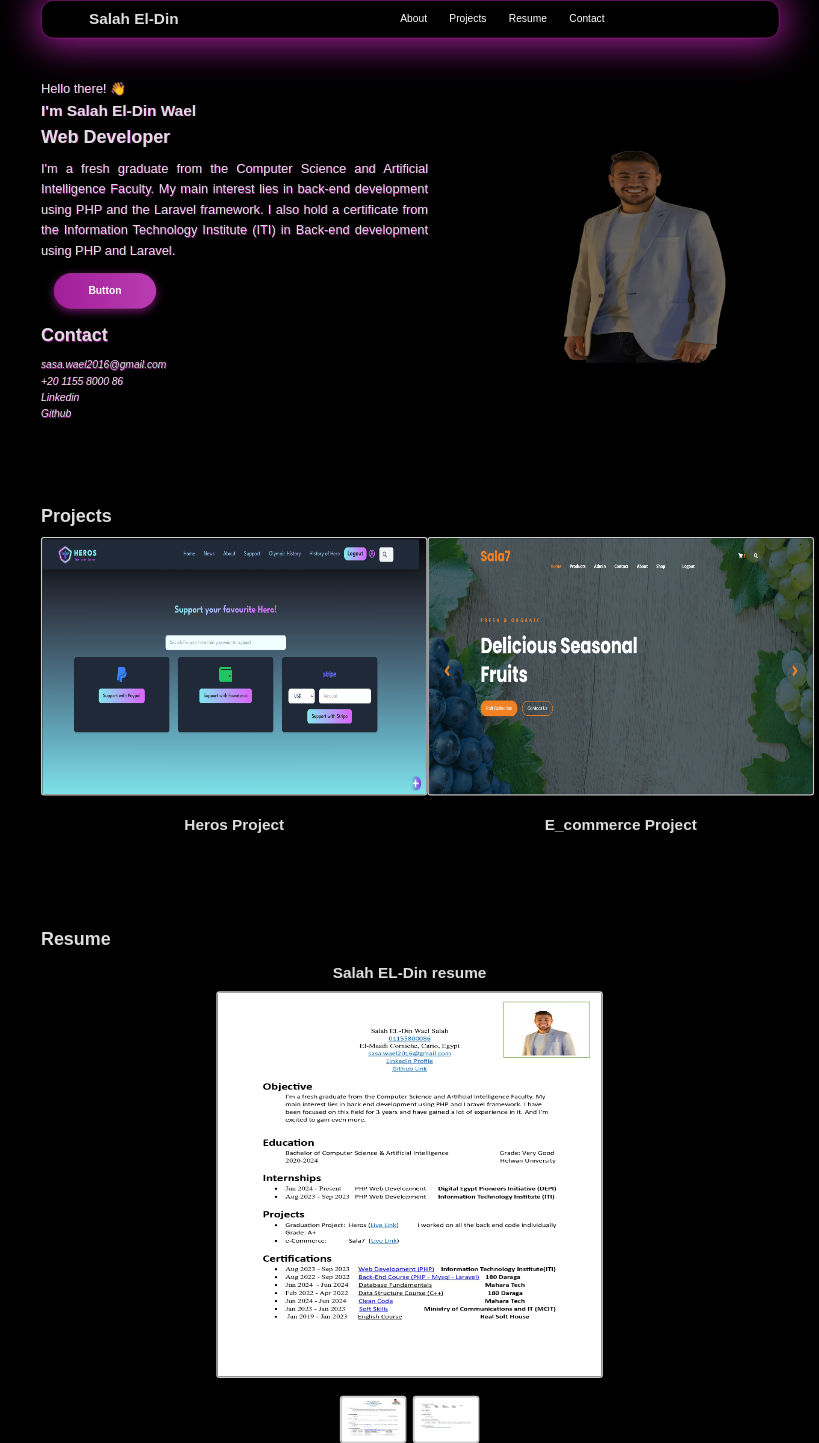
Repository: Salah-Wael/Salah-EL-Din-Portfolio
Page: index.html
The author's editor kept a copy of each file at every save. The page is drawn from the files as they stood at one save, then again after the next save.
The browser window is 1280 px wide. The pictures show the whole page, at 64% of full size.

Above is the page before, as saved 2024-07-28 03:10:12.

### index.html
<!DOCTYPE html>
<html lang="en">
<head>
  <meta charset="UTF-8">
  <meta name="viewport" content="width=device-width, initial-scale=1.0">
  <title>Salah EL-Din Portfolio</title>
  <link rel="stylesheet" href="./style.css">

</head>
<body>
  <header>
    <nav>
      <h1>Salah El-Din</h1>
      <ul>
        <li><a href="#about">About</a></li>
        <li><a href="#projects">Projects</a></li>
        <li><a href="#resume">Resume</a></li>
        <li><a href="#contact">Contact</a></li>
      </ul>
    </nav>
  </header>
  <section id="about">
    <div class="about">
      <div class="content">
        <p>Hello there! 👋</p>
        <!-- <br> -->
        <h1>I'm Salah El-Din Wael</h1>
        <h2>Web Developer</h2>
          <p>I'm a fresh graduate from the Computer Science and Artificial Intelligence Faculty.
          My main interest lies in back-end development using PHP and the Laravel framework.
          I also hold a certificate from the Information Technology Institute (ITI) in Back-end development using PHP and Laravel.</p>




        <a href=""><button class="bn632-hover bn22">Button</button></a>

        <div>
          <h2>Contact</h2>
          <address>
            <a href="mailto:sasa.wael2016@gmail.com">sasa.wael2016@gmail.com</a><br>
            <a href="https://api.whatsapp.com/send/?phone=%2B201155800086" target="_blank">+20 1155 8000 86</a><br>
            <a href="https://www.linkedin.com/in/salah-eldin" target="_blank">Linkedin</a><br>
            <a href="https://github.com/Salah-Wael" target="_blank">Github</a><br>
          </address>
        </div>
      </div>
      <div class="main-img">
        <img src="./img/me/sasag.png" alt="Salah EL-Din">
      </div>
    </div>
  </section>
  <section id="projects">

    <h2>Projects</h2>
    <div class="projects">
      <div class="projects-container">
        <a href="https://heros.rf.gd/" target="_blank">
          <div class="project">
            <div class="image-display">
              <img id="heros" src="img/projects/heros registration.png" alt="heros registration">
            </div>
            <h3>Heros Project</h3>
          </div>
        </a>
      </div>
      <div class="projects-container">
        <a href="https://sala7.great-site.net/" target="_blank">
          <div class="project">
            <div class="image-display">
              <img id="ecommerce" src="img/projects/ecommerce home.png" alt="Sala7 E_commerce">

            </div>
            <h3>E_commerce Project</h3>
          </div>
        </a>
      </div>
    </div>
  </section>
  <section id="resume">
    <h2>Resume</h2>
    <div class="cv-container">
      <div class="project">
        <h3>Salah EL-Din resume</h3>
        <div class="image-display">
          <img id="CV" src="img/CV/Salah EL-Din resume_page-0001.jpg" alt="Salah EL-Din resume">
        </div>
        <div class="thumbnails">
          <img src="img/CV/Salah EL-Din resume_page-0001.jpg" alt="Salah EL-Din resume"
          onclick="swapImage('img/CV/Salah EL-Din resume_page-0001.jpg')">

          <img src="img/CV/Salah EL-Din resume_page-0002.jpg" alt="Salah EL-Din resume"
          onclick="swapImage('img/CV/Salah EL-Din resume_page-0002.jpg')">

        </div>
      </div>
    </div>
  </section>
</body>

<script>
    document.addEventListener('DOMContentLoaded', (event) => {
      const herosImages = [
        'img/projects/heros registration.png',
        'img/projects/heros create news.png',
        'img/projects/heros payment.png'
      ];
      const ecommerceImages = [
        'img/projects/ecommerce home.png',
        'img/projects/products.png'
      ];

      let currentHerosIndex = 0;
      const herosImage = document.getElementById('heros');

      function swapHerosImage() {
        currentHerosIndex = (currentHerosIndex + 1) % herosImages.length;
        herosImage.src = herosImages[currentHerosIndex];
      }
      setInterval(swapHerosImage, 2000); // Change image every 2 seconds

      let currentEcommerceIndex = 0;
      const ecommerceImage = document.getElementById('ecommerce');

      function swapEcommerceImage() {
        currentEcommerceIndex = (currentEcommerceIndex + 1) % ecommerceImages.length;
        ecommerceImage.src = ecommerceImages[currentEcommerceIndex];
      }

      setInterval(swapEcommerceImage, 2000); // Change image every 2 seconds
    });



    function swapImage(newSrc) {
      document.getElementById('CV').src = newSrc;
    }
  </script>
</html>

### style.css
/* Reset some basic styles */
*{
  margin: 0;
  padding: 0;
  list-style: none;
  text-decoration: none;
  color:#dddddd;
  font-family: Arial, sans-serif;
}

/* General body styling */
body {
  font-family: Arial, sans-serif;
  line-height: 1.6;
  background-color: black;
}

/* Styling for navigation bar */
header{
  height: 10vh;
  width: 100%;

}

:root {
  --main-color: #a21e99;
  --secondary-color: #2ecc71;
  --font-size: 16px;
}

nav {
  background-color: black;
  border: 1px solid var(--main-color) ;
  box-shadow: 1px 1px 60px 8px var(--main-color) ;
  z-index: 1;
  border-radius: 20px;
  color: white;
  width: 90%;
  margin-left: 5%;
  display: flex;
  justify-content: space-between;
  align-items: center;
  padding: 10px 0px;
  margin-bottom: 50px;
  position: fixed;
}

nav h1 {
  width: 30%;
  text-align: center;
  font-size: 24px;
}

nav ul {
  display: flex;
  justify-content: center;
  width: 90%;
  gap: 15px;
}

nav ul li {
  list-style: none;
}

nav ul li a {
  color: white;
  text-decoration: none;
  padding: 5px 10px;
}

nav ul li a:hover {
  color: var(--main-color);
  transition: 0.5s;
}

/* Section styling */
section {
  /* padding: 20px; */
  margin-top: 50px;
  width: 90%;
  margin-left: 5%;
  height: 85vh;
}

section h2 {
  font-size: 28px;
  margin-bottom: 10px;
}

section p {
  font-size: 24px;
}

/* about section styling */
.about{
  display: flex;
  justify-content: space-around;
  align-items: center;
  margin: 0, 20px, 20px, 20px;
}

.about .content{
  width: 70%;
  height: 100%;
}

.about .content{
  text-shadow: 1px 1px 1px #a21e99;
}

.about div p{
  width: 75%;
  font-size: 20px;
  text-align: justify;
}

.bn632-hover {
  width: 160px;
  font-size: 16px;
  font-weight: 600;
  color: #fff;
  cursor: pointer;
  margin: 20px;
  height: 55px;
  text-align:center;
  border: none;
  background-size: 300% 100%;
  border-radius: 50px;
  moz-transition: all .4s ease-in-out;
  -o-transition: all .4s ease-in-out;
  -webkit-transition: all .4s ease-in-out;
  transition: all .4s ease-in-out;
}

.bn632-hover:hover {
  background-position: 100% 0;
  moz-transition: all .4s ease-in-out;
  -o-transition: all .4s ease-in-out;
  -webkit-transition: all .4s ease-in-out;
  transition: all .4s ease-in-out;
}

.bn632-hover:focus {
  outline: none;
}

.bn632-hover.bn22 {
  background-image: linear-gradient(
    to right,
    #a21e99,
    #ba3cb2,
    #dd30d8,
    #b62bb6
  );
  box-shadow: 0 4px 15px 0 rgba(162, 30, 153, 0.75);
}

.about .main-img{
  width: 30%;
  height: 100%;

}

.about div img{
  width: 300px;
  height: 300px;
  animation: salah 2s linear infinite;
  -webkit-animation: salah 2s linear infinite;
  /* box-shadow: 1px 1px 1px 0px rgba(162, 30, 153, 0.75) ; */

}

@keyframes salah {
  0%{
    opacity: 0;
    transform: scale(0.5);

  }
  50%{
    opacity: 0.5;
    transform: scale(1.2);
  }

  100%{
    opacity: 1;
    transform: scale(1);
  }
}


/* Projects section styling */
.projects{
  display: flex;
  justify-content: space-evenly;
}

.projects-container {
  display: flex;
  gap: 20px;
  flex-wrap: wrap;
  justify-content: center;
}
.cv-container {
  display: flex;
  gap: 20px;
  flex-wrap: wrap;
  justify-content: center;
}

.project {
  text-align: center;
}

.project h3 {
  font-size: 24px;
  margin-bottom: 10px;
}

.image-display {
  margin-bottom: 20px;

}

#projects .image-display img {
  width: 600px;
  height: 400px;
  border: 2px solid #ccc;
  border-radius: 5px;
  box-shadow: 0 2px 5px rgba(0, 0, 0, 0.1);
}

#resume{
  height: 110vh;
}
#resume .image-display img {
  width: 600px;
  height: 600px;
  border: 2px solid #ccc;
  border-radius: 5px;
  box-shadow: 0 2px 5px rgba(0, 0, 0, 0.1);
}

.thumbnails {
  display: flex;
  gap: 10px;
  justify-content: center;
}

.thumbnails img {
  width: 100px;
  height: 70px;
  border: 2px solid #ccc;
  border-radius: 5px;
  cursor: pointer;
  transition: border-color 0.3s ease;
}

.thumbnails img:hover {
  border-color: #333;
}

After the next save:
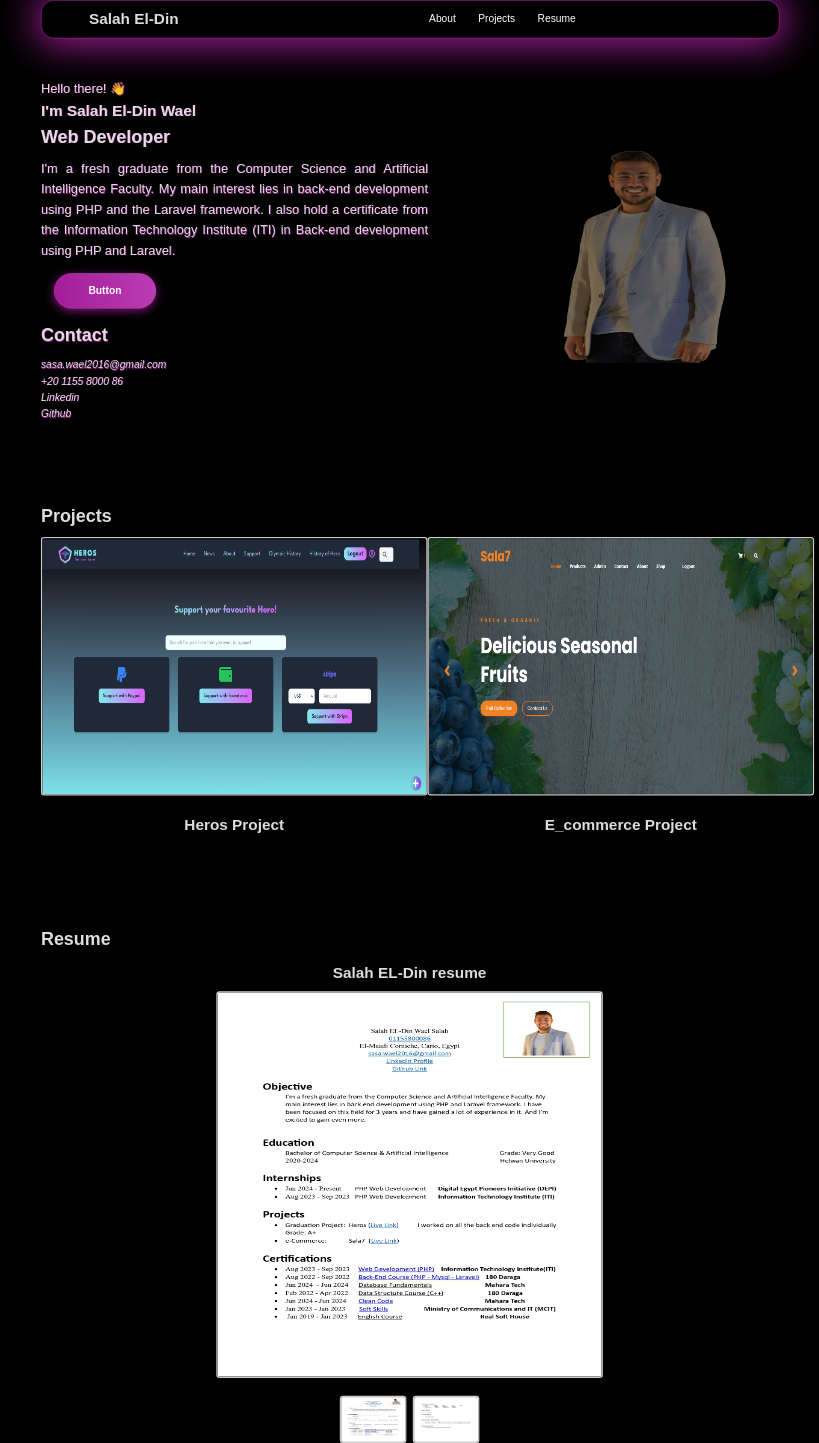
Saved 8 s later.
--- a/index.html
+++ b/index.html
@@ -15,7 +15,6 @@
         <li><a href="#about">About</a></li>
         <li><a href="#projects">Projects</a></li>
         <li><a href="#resume">Resume</a></li>
-        <li><a href="#contact">Contact</a></li>
       </ul>
     </nav>
   </header>
